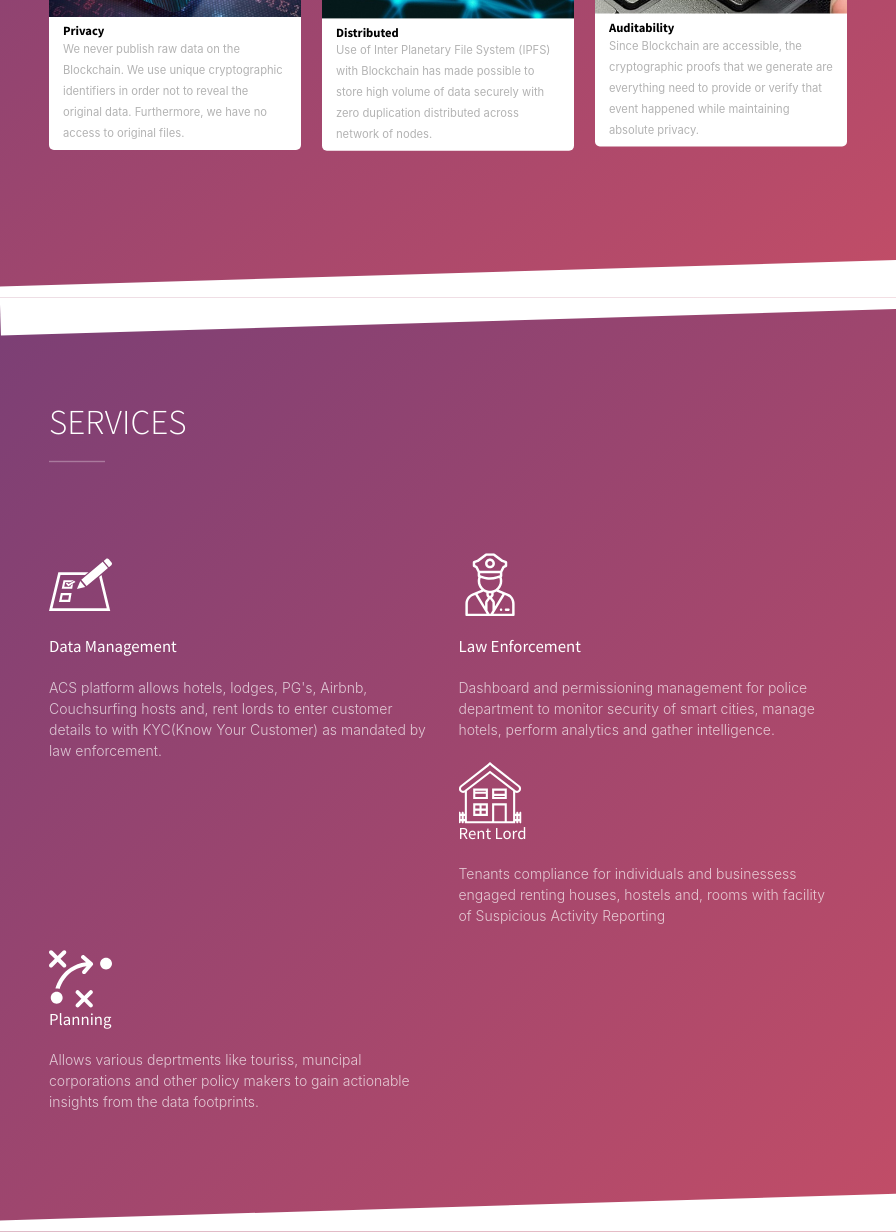
Repository: agarwalrahul-22/acs
Page: /blog
An editor plug-in stored every save of this project. The page is shown before and after the next save, followed by the edit.
The browser window is 1280 px wide. The pictures show the part of the page from y = 2295 to 4215 px (the page is 4055 px tall before and 4215 px after), at 70% of full size.
Some web fonts or font styles are not loaded; a fallback is used. The project was rebuilt for these pictures with package versions that can differ from the ones it lists, and the page was loaded fresh each time. Also part of the build but not shown: src/components/ImpactComponent.js, src/components/CitiesComponent.js.

Above is the page before, as saved 2022-10-09 17:05:42.

After the next save:
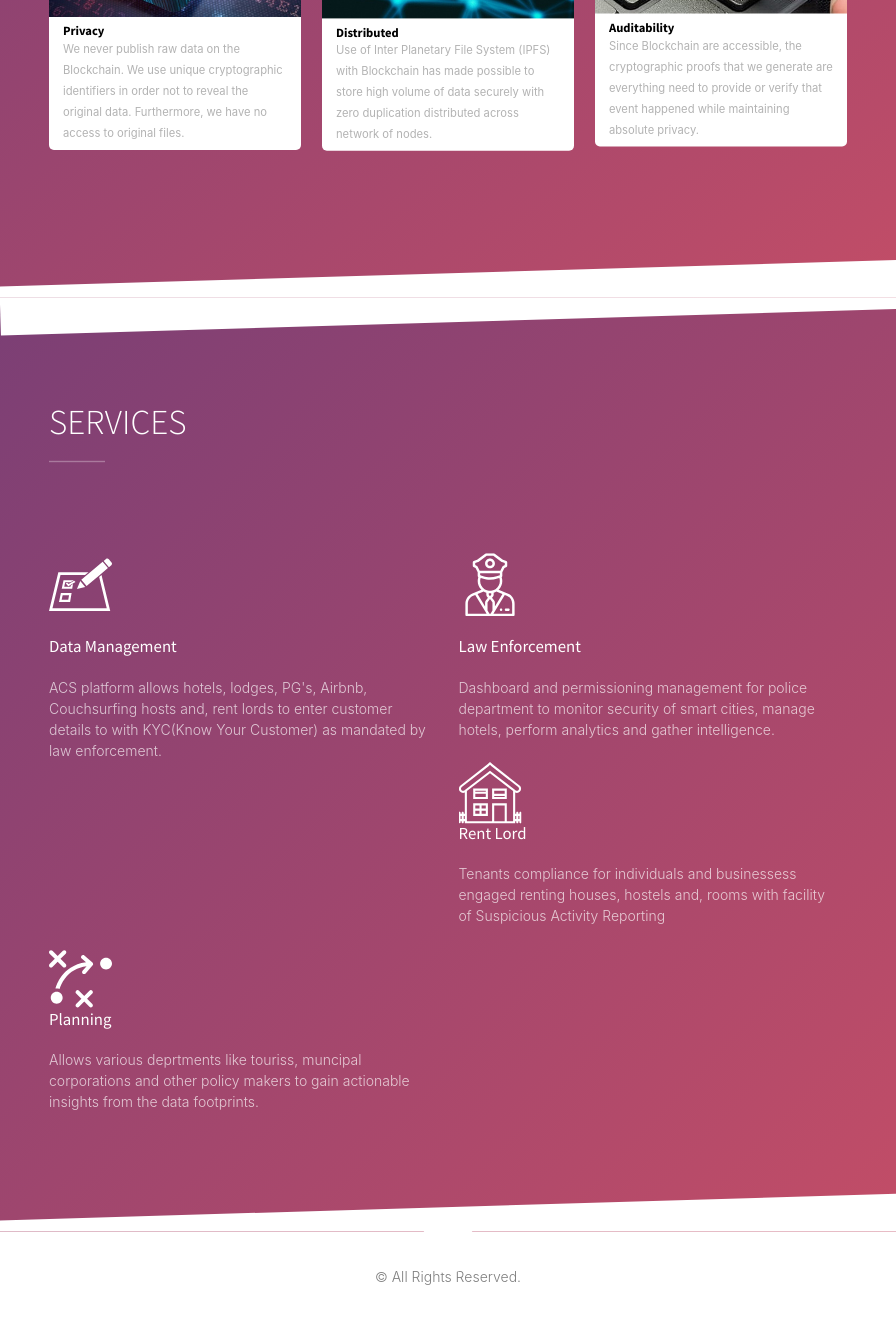
Saved 6 s later.
--- a/src/App.js
+++ b/src/App.js
@@ -15,7 +15,7 @@ function App() {
       {/* <ImpactComponent /> */}
       <ServicesComponent />
       {/* <CitiesComponent /> */}
-      {/* <FooterComponent /> */}
+      <FooterComponent />
     </div>
   );
 }
